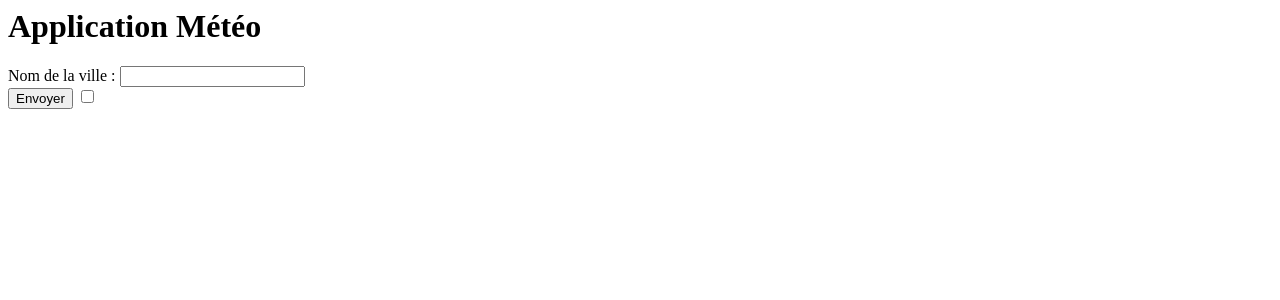
Repository: IFATech-Metz/dev-log-4
Page: projet.html
The author's editor kept a copy of each file at every save. The page is drawn from the files as they stood at one save, then again after the next save.
The browser window is 1280 px wide. The pictures show the whole page.
The page's requests for data from a server got no answer.

Above is the page before, as saved 2019-01-21 09:01:38.

### projet.html
<html>
    <head>
        <title>Météo du jour</title>
        <script src="meteo.js"></script>
        <link rel="stylesheet" type="text/css" href="style.css">
    </head>
    <body onload="init_page()">
        <h1>Application M&eacute;t&eacute;o</h1>
        <p>
            Nom de la ville :
            <input type="text" id="ville" value=""><br>

            <button type="button" onclick="get_temperature()">Envoyer</button>
            <input type="checkbox" id="url_visibility">

        </p>

       <div id="url">
       </div>

        <div id="meteo">
        </div>
        <div id="latitude">
        </div>
        <div id="longitude">
        </div>
        <div id="rain">
        </div>
        <div id="rainmode">
        </div>
        <div id="humidity">
        </div>
        <div id="pressure">
        </div>
        <div id="temp_min">
        </div>
        <div id="temp_max">
        </div>
        <div id="speed">
        </div>
        <div id="direction">
        </div>
        <div id="clouds">
        </div>

        <img id="icon" src="">
    </body>
</html>

### meteo.js
var xhr = new XMLHttpRequest();

// Forme générale du lien :
// http://maps.openweathermap.org/maps/2.0/weather/TA2/{z}/{x}/{y}?
// date=1527811200&opacity=0.9&fill_bound=true&appid={api_key}

var base_url = "http://api.openweathermap.org/data/2.5/weather";
var city = "Metz";
var units = "metric";
var appid = "f5e810531af1756846022c6f387acf25";

function get_url() {
    return base_url + "?"
        + "q=" + city + "&"
        + "units=" + units + "&"
        + "appid=" + appid;

}

function init_page() {
    xhr.onreadystatechange = function() {
        if (this.readyState == 4 && this.status == 200) {

            document.getElementById("url").innerHTML = get_url();
//Temperature
            var response = JSON.parse(this.responseText);
            var temperature = response.main.temp;
//Latitude
            var latitude = response.coord.lat;
//Longitude
            var longitude = response.coord.lon;
//precipitation
            var rain = response.precitation.value;
            var rainmode = response.precitation.mode;
//Humidité
           var humidity = response.main.humidity;
//pression
            var pressure = response.main.pressure;
//temp_min
            var temp_min = response.main.temp_min;
//temp_max
            var temp_max = response.main.temp_max;
//wind speed
            var speed = response.wind.speed;
//wind direction
            var direction = response.wind.deg;
//clouds
            var clouds = response.clouds.all;
//Icone
            var icon = response.weather[0].icon;
            var src = "http://openweathermap.org/img/w/" + icon + ".png";


            document.getElementById("meteo").innerHTML = temperature;
            document.getElementById("latitude").innerHTML = latitude;
            document.getElementById("longitude").innerHTML = longitude;
            document.getElementById("rain").innerHTML = rain;
            document.getElementById("rainmode").innerHTML = rainmode;
            document.getElementById("humidity").innerHTML = humidity;
            document.getElementById("pressure").innerHTML = pressure;
            document.getElementById("temp_min").innerHTML = temp_min;
            document.getElementById("temp_max").innerHTML = temp_max;
            document.getElementById("speed").innerHTML = speed;
            document.getElementById("direction").innerHTML = direction;
            document.getElementById("clouds").innerHTML = clouds;
            document.getElementById("icon").src = src;
        }
    }

    xhr.open("GET", get_url(), true)
    xhr.send()
}
function get_temperature() {
    city = document.getElementById("ville").value;

    xhr.onreadystatechange = function() {
        if (this.readyState == 4 && this.status == 200) {
            //TODO
            document.getElementById("url").innerHTML = get_url();

            if(document.getElementById("url_visibility").checked){
                document.getElementById("url").style.display = "block";
            }
            else{
                document.getElementById("url").style.display = "none";
            }

            var response = JSON.parse(this.responseText);
            var temperature = response.main.temp;
            var latitude = response.coord.lat;
            var longitude = response.coord.lon;
            var rain = response.precitation.value;
            var rainmode = response.precitation.mode;
            var humidity = response.main.humidity
            var pressure = response.main.pressure
            var temp_min = response.main.temp_min
            var temp_max = response.main.temp_max
            var speed = response.wind.speed
            var direction = response.wind.deg
            var clouds = response.clouds.all

            var icon = response.weather[0].icon;
            var src = "http://openweathermap.org/img/w/" + icon + ".png";

            document.getElementById("meteo").innerHTML = temperature;
            document.getElementById("latitude").innerHTML = latitude;
            document.getElementById("longitude").innerHTML = longitude;
            document.getElementById("rain").innerHTML = rain;
            document.getElementById("rainmode").innerHTML = rainmode;
            document.getElementById("humidity").innerHTML = humidity;
            document.getElementById("pressure").innerHTML = pressure;
            document.getElementById("temp_min").innerHTML = temp_min;
            document.getElementById("temp_max").innerHTML = temp_max;
            document.getElementById("speed").innerHTML = speed;
            document.getElementById("direction").innerHTML = direction;
            document.getElementById("clouds").innerHTML = clouds;

            document.getElementById("icon").src = src;
        }
    }

    xhr.open("GET", get_url(), true)
    xhr.send()
}

### style.css
#url {
    color: red;
    display: none;
}
#meteo {
    background: rgb(16, 109, 163);
    color: white;
}
#latitude {
    background: rgb(163, 75, 16);
    color: white;
}
#longitude {
    background: rgb(16, 109, 163);
    color: white;
}
#rain {
    background: rgb(16, 26, 163);
    color: white;
}
#rainmode {
    background: rgb(16, 26, 163);
    color: white;
}
#humidity {
    background: rgb(16, 109, 163);
    color: white;
}
#pressure {
    background: blue;
    color: white;
}
#temp_min {
    background: blue;
    color: white;
}
#temp_max {
    background: red;
    color: white;
}
#speed {
    background:green;
    color: white;
}
#direction {
    background:green;
    color: white;
}
#clouds {
    background: greenyellow;
    color: white;
}

After the next save:
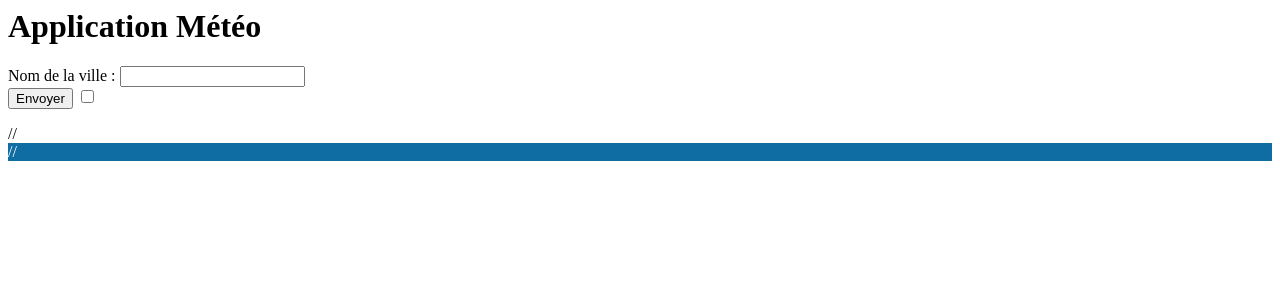
Saved 80 s later.
--- a/projet.html
+++ b/projet.html
@@ -22,8 +22,8 @@
         </div>
         <div id="latitude">
         </div>
-        <div id="longitude">
-        </div>
+       // <div id="longitude">
+      //  </div>
         <div id="rain">
         </div>
         <div id="rainmode">
--- a/meteo.js
+++ b/meteo.js
@@ -28,7 +28,7 @@ function init_page() {
 //Latitude
             var latitude = response.coord.lat;
 //Longitude
-            var longitude = response.coord.lon;
+           // var longitude = response.coord.lon;
 //precipitation
             var rain = response.precitation.value;
             var rainmode = response.precitation.mode;
@@ -53,7 +53,7 @@ function init_page() {
 
             document.getElementById("meteo").innerHTML = temperature;
             document.getElementById("latitude").innerHTML = latitude;
-            document.getElementById("longitude").innerHTML = longitude;
+           // document.getElementById("longitude").innerHTML = longitude;
             document.getElementById("rain").innerHTML = rain;
             document.getElementById("rainmode").innerHTML = rainmode;
             document.getElementById("humidity").innerHTML = humidity;
@@ -88,7 +88,7 @@ function get_temperature() {
             var response = JSON.parse(this.responseText);
             var temperature = response.main.temp;
             var latitude = response.coord.lat;
-            var longitude = response.coord.lon;
+           // var longitude = response.coord.lon;
             var rain = response.precitation.value;
             var rainmode = response.precitation.mode;
             var humidity = response.main.humidity
@@ -104,7 +104,7 @@ function get_temperature() {
 
             document.getElementById("meteo").innerHTML = temperature;
             document.getElementById("latitude").innerHTML = latitude;
-            document.getElementById("longitude").innerHTML = longitude;
+           // document.getElementById("longitude").innerHTML = longitude;
             document.getElementById("rain").innerHTML = rain;
             document.getElementById("rainmode").innerHTML = rainmode;
             document.getElementById("humidity").innerHTML = humidity;

After the save that followed:
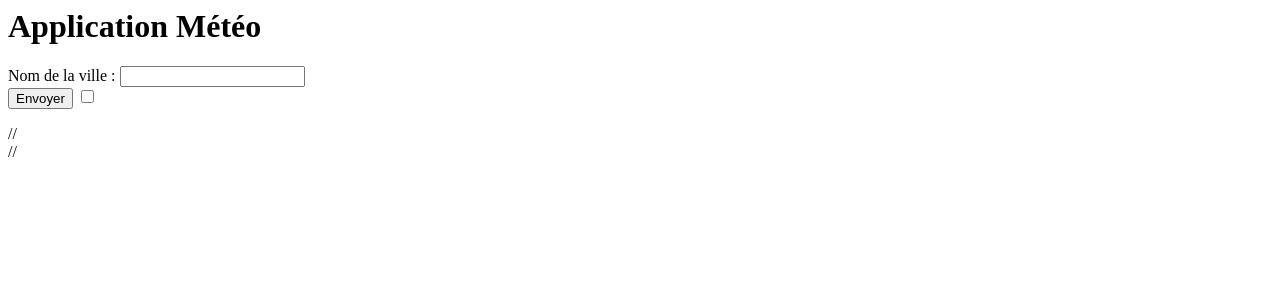
Saved 34 s later.
--- a/style.css
+++ b/style.css
@@ -10,10 +10,10 @@
     background: rgb(163, 75, 16);
     color: white;
 }
-#longitude {
-    background: rgb(16, 109, 163);
-    color: white;
-}
+//#longitude {
+//    background: rgb(16, 109, 163);
+  //  color: white;
+//}
 #rain {
     background: rgb(16, 26, 163);
     color: white;
